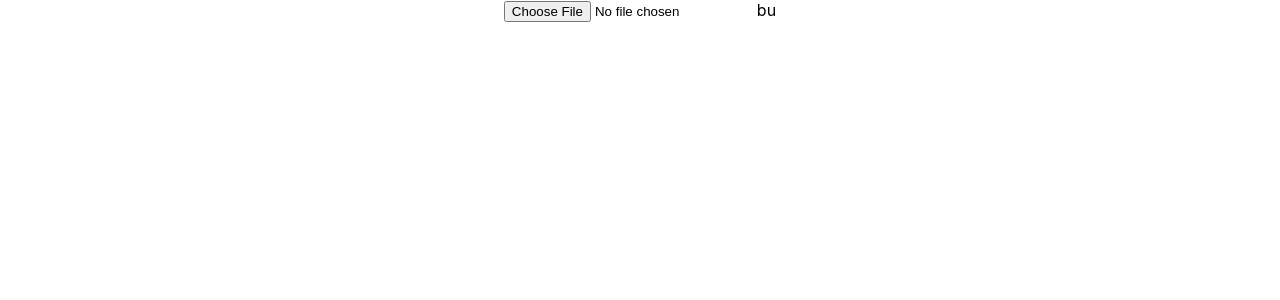
Repository: flawlesscode254/react-firebase-upload
Page: /
These files come from the project's save history. The page is drawn as it stood at one moment and after a run of saves; the edit follows.
The browser window is 1280 px wide. The pictures show the whole page.
The project was rebuilt for these pictures with package versions that can differ from the ones it lists, and the page was loaded fresh each time.

Above is the page before, as saved 2021-12-20 10:41:55.

After the next 2 saves:
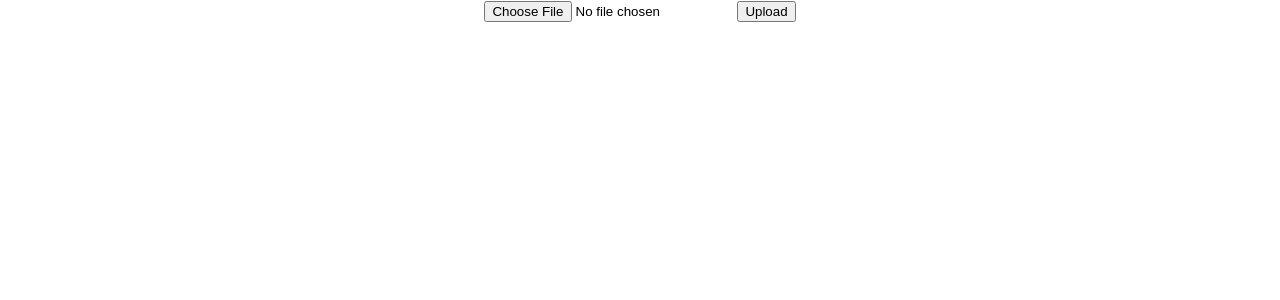
The 2 saves are shown as one change because they came seconds apart.
The last was saved 8 s later.
--- a/src/App.js
+++ b/src/App.js
@@ -13,7 +13,7 @@ function App() {
   return (
     <div className="App">
       <input type="file" onChange={handleFile} />
-      bu
+      <button>Upload</button>
     </div>
   );
 }
